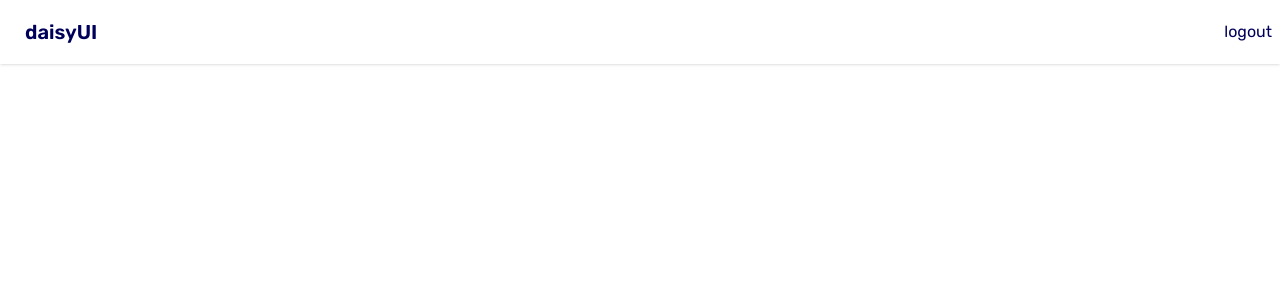
Repository: mariamnabil23/ToDo_App
Page: /
These files come from the project's save history. The page is drawn as it stood at one moment and after a run of saves; the edit follows.
The browser window is 1280 px wide. The pictures show the whole page.
Some web fonts or font styles are not loaded; a fallback is used. The project was rebuilt for these pictures with package versions that can differ from the ones it lists, and the page was loaded fresh each time. Requests to the local data server were answered from the project's data file. Also part of the build but not shown: vite.config.js.

Above is the page before, as saved 2025-05-01 20:48:03.

After the next 3 saves:
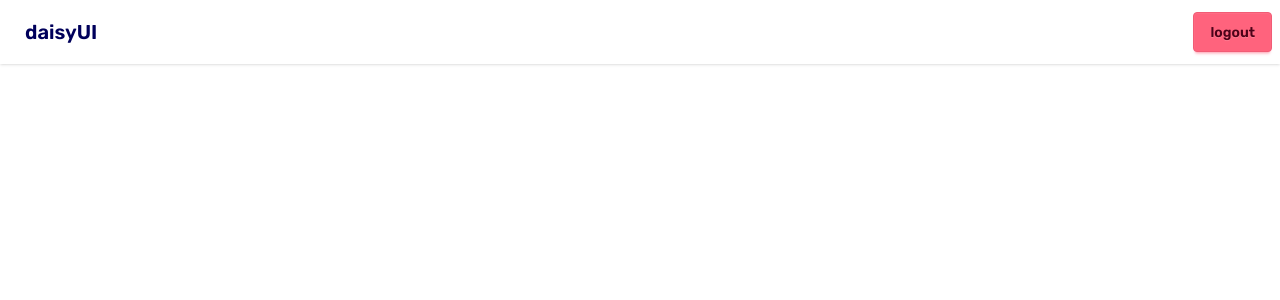
The 3 saves are shown as one change because they came seconds apart.
The last was saved 82 s later.
--- a/src/components/Navbar.jsx
+++ b/src/components/Navbar.jsx
@@ -5,7 +5,7 @@ const Navbar = () => {
     <>
       <div className="navbar bg-base-100 shadow-sm flex justify-between items-center">
         <a className="btn btn-ghost text-xl">daisyUI</a>
-        <button>logout</button>
+        <button className='btn btn-error'>logout</button>
       </div>
     </>
   )
